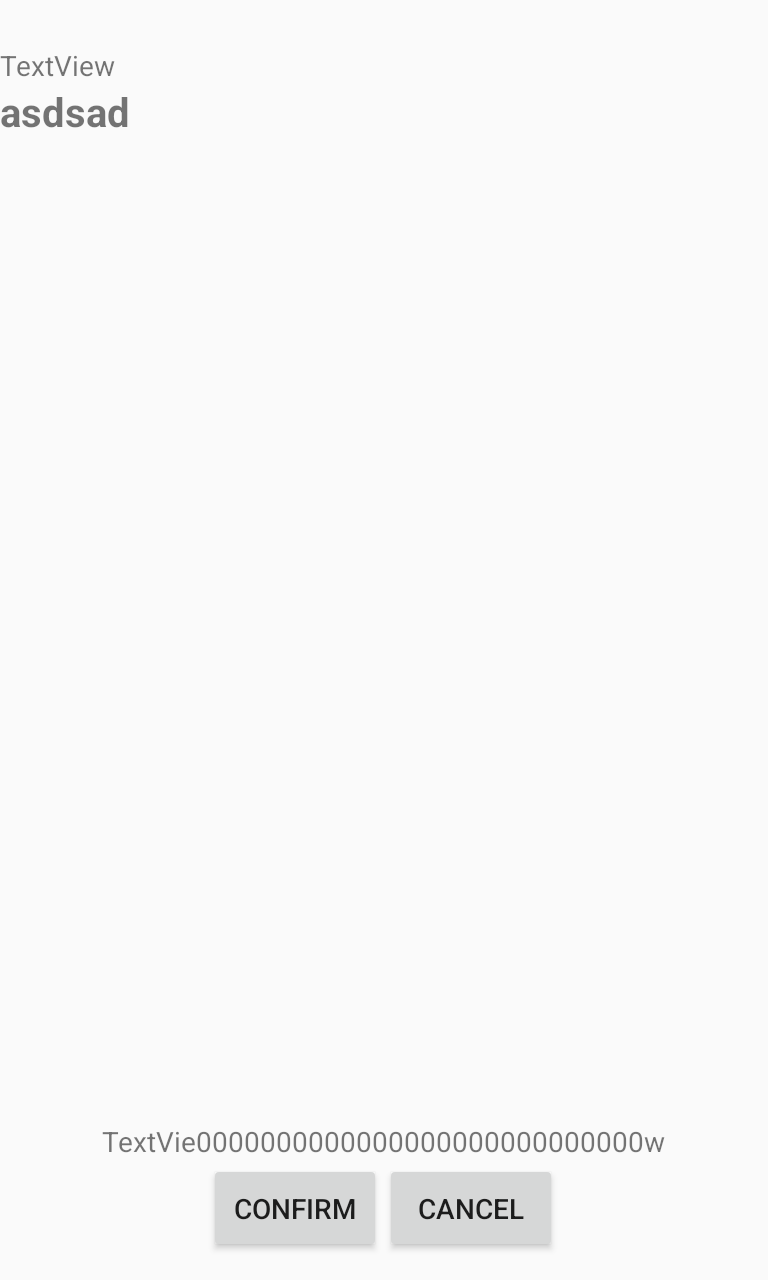
Repository: TeamZhao/Assignment-Tracker
Layout: AssignmentTracker/res/layout/activity_delete_semester_confirmation.xml
The author's editor kept a copy of each file at every save. The layout is drawn from the files as they stood at one save, then again after the next save.
It is drawn on a 768 x 1280 px phone screen (xhdpi) without system bars, with theme AppTheme; the app's code is not run.

Above is the layout before, as saved 2014-11-15 06:40:05.

After the next save:
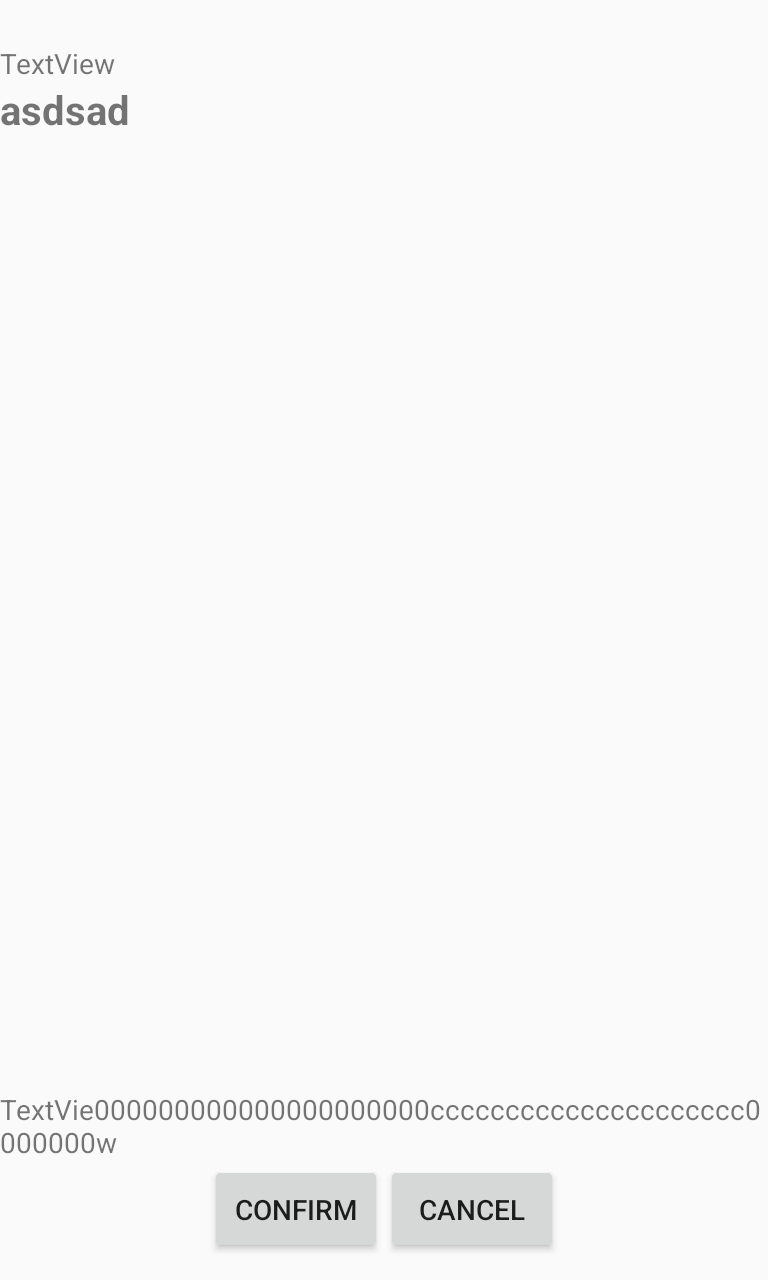
Saved 10 s later.
--- a/AssignmentTracker/res/layout/activity_delete_semester_confirmation.xml
+++ b/AssignmentTracker/res/layout/activity_delete_semester_confirmation.xml
@@ -74,7 +74,7 @@
                 android:id="@+id/textView_ContinueNotice"
                 android:layout_width="match_parent"
                 android:layout_height="wrap_content"
-                android:text="TextVie0000000000000000000000000000w" />
+                android:text="TextVie000000000000000000000ccccccccccccccccccccc0000000w" />
 
             <LinearLayout
                 android:layout_width="match_parent"
